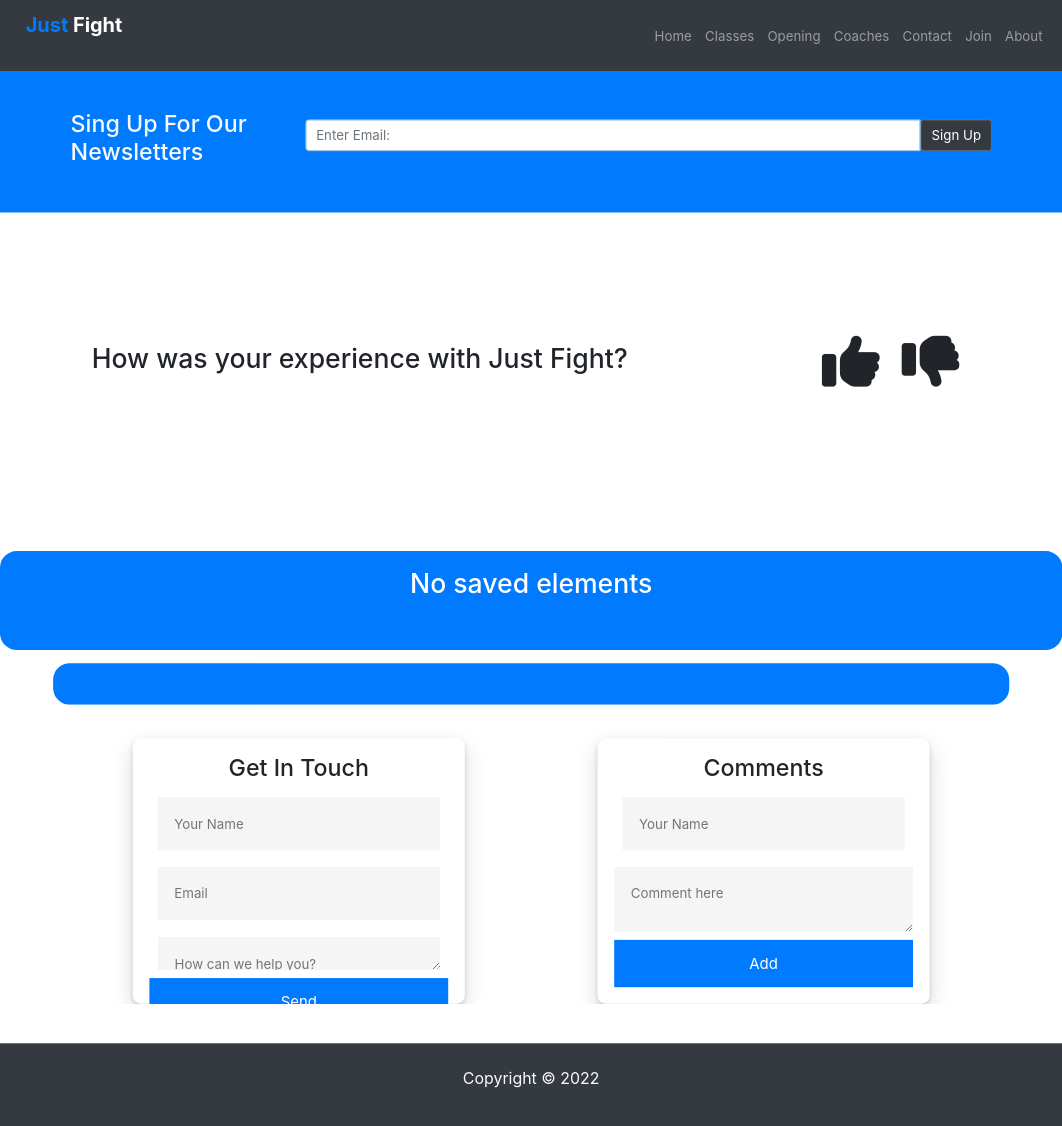
Repository: IonPara/Just-Fight
Page: review.html
An editor plug-in stored every save of this project. The page is shown before and after a run of saves, followed by the edit.
The browser window is 1280 px wide. The pictures show the whole page, at 83% of full size.
An inner scrolling area shows only its first screen. Some web libraries are served in a nearby version.

Above is the page before, as saved 2023-03-13 16:55:38.
Console error: ReferenceError: emailjs is not defined

### review.html
<!DOCTYPE html>
<html lang="en">

<head>
  <meta charset="utf-8">
  <meta name="viewport" content="width=device-width, initial-scale=1.0">
  <title>Review</title>
  <link href="./Styles/styles.css" rel="stylesheet" type="text/css">
  <link href="./Styles/review.css" rel="stylesheet" type="text/css">
  <link href="./Styles/about.css" rel="stylesheet" type="text/css">
  <!-- Bootstrap link -->
  <link rel="stylesheet" href="https://cdn.jsdelivr.net/npm/bootstrap@4.2.1/dist/css/bootstrap.min.css"
    integrity="sha384-GJzZqFGwb1QTTN6wy59ffF1BuGJpLSa9DkKMp0DgiMDm4iYMj70gZWKYbI706tWS" crossorigin="anonymous">
  <script defer src="./Js/script.js"></script>
</head>

<body>
  <header>
    <!-- ------------Nav bar ------------------------>
    <nav class="navbar navbar-expand-lg navbar-dark bg-dark fixed-top">
      <div class="container pb-4">
        <a class="navbar-brand " id="brand" href="./index.html"><span class="text-primary">Just </span> Fight</a>
        <button class="navbar-toggler" type="button" data-toggle="collapse" data-target="#navbarSupportedContent"
          aria-controls="navbarSupportedContent" aria-expanded="false" aria-label="Toggle navigation">
          <span class="navbar-toggler-icon"></span>
        </button>
      </div>
      <!-- It will expand on large screen and collapse on medium and smaller screens-->
      <div class="collapse navbar-collapse" id="navbarSupportedContent">
        <ul class="navbar-nav justify-content-end">
          <li class="nav-item">
            <a class="nav-link" href="./index.html">Home</a>
          </li>
          <li class="nav-item">
            <a class="nav-link" href="./index.html#ourClasses">Classes</a>
          </li>
          <li class="nav-item">
            <a class="nav-link" href="./index.html#openingHours">Opening</a>
          </li>
          <li class="nav-item">
            <a class="nav-link" href="./index.html#coaches">Coaches</a>
          </li>
          <li class="nav-item">
            <a class="nav-link" href="./index.html#contact">Contact</a>
          </li>
          <li class="nav-item">
            <a class="nav-link" href="./plans.html">Join</a>
          </li>
          <li class="nav-item">
            <a class="nav-link" href="./about.html">About</a>
          </li>

        </ul>
      </div>
    </nav>
  </header>

  <div class="empty-space"></div>
  <!-- Sign up for newsletters section -->
  <div class="bg-primary text-light p-5">
    <div class="container">
      <div class="d-md-flex justify-content-between align-items-center">
        <h3 class="mb3-mb-md-0">
          Sing Up For Our Newsletters
        </h3>
        <div class="input-group mb-3">
          <input type="text" class="form-control newsletter-input" placeholder="Enter Email:"
            aria-label="Recipient's username" aria-describedby="button-addon2">
          <button class="btn  btn-outline-secondary bg-dark text-white" type="button" id="button-addon2">
            Sign Up
          </button>
        </div>
      </div>
    </div>
  </div>
  <!-- Like, dislike section---------------- -->
  <section class="section1">
    <div class="experience">
      <div class="exp-head">
        <h2>How was your experience with Just Fight?</h2>
      </div>

      <div class="icons">
        <i class="fa-solid fa-thumbs-up fa-beat fa-2xl" id="thumb-up"
          onclick="changeColor(thumbUp, `Learning defense improves the attack. If the lion knows how the prey can escape, it will capture it in a much more precise way. Rillion Gracie`)">
        </i>
        <i class="fa-solid fa-thumbs-down fa-beat fa-2xl" id="thumb-down"
          onclick="changeColor(thumbDown, `Looks like you don't enjoy martial arts!`)">
        </i>
      </div>
    </div>
  </section>

  <!-- Save for later section -->
  <section class="saved-items  section2">
    <div class="section2-container bg-primary">
      <h2 class="not-saved  mt-5 mb-0">No saved elements</h2>
      <!-- First Box -->
      <h2 class="saved-items-heading  mt-5 mb-0">Save for later section</h2>
      <div class="plans ">

        <!-- First box -->
        <ul class="container">
          <li class="package bronze bg-light">
            <h3 class="remove bronze text-right">x</h3>
            <h2 class="table-header">Bronze Package</h2>
            <p class="pricing text-center">£10/Month</p>
            <ul class="table-option">
              <li>5 Sessions a Month</li>
              <li>10 Gym Sessions</li>
            </ul>
            <button type="button" class="btn m-2 bg-primary text-white">Get Started Now</button>
          </li>

          <!-- Second -->
          <li class="package gold bg-light">
            <h3 class="remove gold text-right ">x</h3>
            <h2 class="table-header">Gold Package</h2>
            <p class="pricing text-center">£19/Month</p>
            <ul class="table-option">
              <li>5 Sessions a Month</li>
              <li>Unlimited Gym Sessions</li>
            </ul>
            <button type="button" class="btn m-2 bg-primary text-white">Get Started Now</button>
          </li>

          <!-- Third Box -->
          <li class="package platinum bg-light">
            <h3 class="remove platinum text-right">x</h3>
            <h2 class="table-header">Platinum Package</h2>
            <p class="pricing text-center">£49/Month</p>
            <ul class="options">
              <li>Unlimited Sessions</li>
              <li>Unlimited Gym Sessions</li>
            </ul>
            <button type="button" class="btn m-2 bg-primary text-white">Get Started Now</button>
          </li>

        </ul>
      </div>

    </div>

    <div class="articles-container bg-primary">

    </div>
  </section>
  <!-- Comments and Get in touch section -->
  <section class="section3">
    <div class="contact-form">
      <!-- Get in touch form -->
      <form id="contact-form">
        <h3 class="text-center">Get In Touch</h3>
        <input type="hidden" name="contact_number">
        <input type="text" name="user_name" placeholder="Your Name" id="contact-name">
        <input type="email" name="user_email" placeholder="Email" id="contact-email">
        <textarea name="message" rows="4" placeholder="How can we help you?" id="message"></textarea>
        <button class="btn-primary" type="submit" value="Send">Send</button>
      </form>
      <!-- Comments form -->
      <form class="comments">
        <h3 class="text-center">Comments</h3>
        <input type="text" name="name" placeholder="Your Name" id="name">
        <textarea id="comment" class='comment ml-0' name="message" rows="4" placeholder="Comment here"></textarea>
        <button type="button" class="btn-primary" onclick="addComment(textValue, nValue), addToTheArray()">Add</button>
      </form>
    </div>
    <!-- Here will be added the comments -->
    <div class="comment-container">

    </div>
  </section>

  <!-- Footer -->
  <footer class="bg-dark text-center text-light mt-5">
    <p>Copyright &copy; 2022</p>
  </footer>
  <!-- Here are the scripts for the contact form -->
  <!-- These scripts are from the https://www.emailjs.com/docs/tutorial/adding-email-service/  -->
  <script type="text/javascript" src="https://cdn.jsdelivr.net/npm/@emailjs/browser@3/dist/email.min.js"></script>
  <script type="text/javascript">
    (function () {
      // https://dashboard.emailjs.com/admin/account
      emailjs.init('WkZreCmCmN4lp-y7L');
    })();
  </script>
  <!-- Script for the icons -->
  <script src="https://kit.fontawesome.com/c8658b1f7b.js" crossorigin="anonymous"></script>
  <script src="https://code.jquery.com/jquery-3.3.1.slim.min.js"
    integrity="sha384-q8i/X+965DzO0rT7abK41JStQIAqVgRVzpbzo5smXKp4YfRvH+8abtTE1Pi6jizo"
    crossorigin="anonymous"></script>
  <script src="https://cdn.jsdelivr.net/npm/popper.js@1.14.6/dist/umd/popper.min.js"
    integrity="sha384-wHAiFfRlMFy6i5SRaxvfOCifBUQy1xHdJ/yoi7FRNXMRBu5WHdZYu1hA6ZOblgut"
    crossorigin="anonymous"></script>
  <script src="https://cdn.jsdelivr.net/npm/bootstrap@4.2.1/dist/js/bootstrap.min.js"
    integrity="sha384-B0UglyR+jN6CkvvICOB2joaf5I4l3gm9GU6Hc1og6Ls7i6U/mkkaduKaBhlAXv9k"
    crossorigin="anonymous"></script>

</body>

</html>

### Styles/styles.css
body {
    padding: 0;
    margin: none;
}

/*---------------- Top section------------- */
.top-section {
    background-color: black;

}


#brand {
    font-size: 1.5rem;
    font-weight: bolder;
}


#join a:hover, a:visited, a:link {
    text-decoration: wavy;
}

#join:hover {
    background-color: rgb(8, 157, 135);
}

/* Radio button */
.radio-btn {
    width: 100%;
    flex-direction: column;
    display: flex;
    align-items: center;
}

/* ---------------------------Coach------------ */
.container figcaption {
    font-weight: 600;
}

/*------------ Contact Info -----------*/
.location h2 {
    margin-top: 2%;
}

.location .container {
    display: flex;
    justify-content: space-between;
    align-items:center;
    flex-wrap: wrap;
    margin-top: 3%;
}

.list {
    list-style: none;
    font-size: larger;
    font-weight: 400;
    line-height: 2em;
}

.list li {
    border-bottom:1px solid grey;
}

ul a:hover, a:visited, a:link{
    color:black;
    text-decoration: wavy;
}

ul a:hover {
    color:blueviolet;
}

/*  The Map */
.map {
    border-radius: 25%;
}

/* -----------------Cards--------------- */
.card:hover {
    -webkit-transform: scale(0.5);
     transform: scale(1.05);
}

.card {
    box-shadow: 0 10px 25px 0 rgba(0, 0, 0, 0.15), 0 3px 7px 0 rgb(0 0 0 / 15%);
}

.table-container, .classes-container, section {
    overflow-x: hidden;
    min-width: 100%;
}

.image-container, .card-container {
    max-width: 400px !important;
    min-width: 250px;
    margin-left: auto;
    margin-right: auto;
}

.image-container, img{
    object-fit: contain;
}


.contact-element {
    margin-right: auto;
    margin-left: auto;
}

/* -----------------Footer--------------- */
footer p{
    padding: 5vh 0;
    margin-bottom: 0;
    font-size: larger;
    height: 100px;
}


/* ---------------Media screen----------------- */
@media screen and (max-width:1200px) {
    .boxes h3 {
        font-size: 1.2em;
        white-space:pre-wrap;
    }

}

@media screen and (max-width:1000px) {
    .top-section {
        margin-top: 8%;
    }
}


@media screen and (max-width:768px) {

    .newsletter-input {
        width: 50%;
    }

    #table {
        font-size: 0.9rem;
    }

    .map {
        width: 400px;
    }

    .location .container {
        justify-content: center;
    }
}

@media screen and (max-width:600px) {
    .top-section {
        margin-top: 10%;
        min-width: 100%;
    }

    .fight-club {
        min-width: 100% !important;
        margin-top: 5%;
        margin-left: auto;
    }

    .heading-container {
        min-width: 100% !important;
    }

    #join {
        margin-bottom: 5px;
    }
    .table-container {
    }

    .table-container {
        min-width: 100dvw;
        margin-right: 100px !important;
        margin-left: -50px;
    }

    th {
        max-width: 50px;
        padding-right: 2px;;
    }

    td {
        max-width: 55px;

    }

}

### Styles/review.css
*{
    margin: 0;
}

.empty-space {
    height: 85px;
}

/* ------------------Comments and Contact section*/

.contact-form {
    max-width: 100%;
    max-height: 50vh;
    display: flex;
    justify-content: space-evenly;
}

#contact-form, .comments {
    box-shadow: 0 10px 25px 0 rgb(0 0 0 / 15%), 0 3px 7px 0 rgb(0 0 0 / 15%);
    display: flex;
    flex-direction: column;
    padding-top: 20%;
    padding: 20px;
    width: 100%;
    max-width: 400px;
    border-radius: 10px;
    background-color: white;
    margin-top: 40px;
}

.comments textarea {
    width: 100%;
}

.comment-container {
    display: flex;
    display: none;
    min-height: 200px;
    min-width: 400px;
    max-width: 600px;
    padding: 20px;
    margin: auto;
    margin-top: 100px;
    background: #f9f6f6;
}

.comment-container div {
    box-shadow: 0 10px 25px 0 rgb(0 0 0 / 15%), 0 3px 7px 0 rgb(0 0 0 / 15%);
    padding: 20px;
}

.comment-container h6 {
    text-align: right;
}


form input, form textarea {
    border: 0;
    margin: 10px;
    padding: 20px;
    outline: none;
    background: #f5f5f5;
    font-size: 16px;
}

form button {
    border:0;
    padding: 15px;
    color:fff;
    font-size: 18px;
    outline: none;
    cursor: pointer;
}

.section3 {
    display: flex;
    flex-direction: column;
}

/* ----------------------------Like dislike section----------------- */

.experience {
    display: flex;
    justify-content: space-around;
    align-items: center;
    min-height: 50vh;
}
.icons {
    width: 15vw;
    display: flex;
    justify-content: space-around;
}

.icons i {
    font-size: 70px;
    cursor: pointer;
}

.experience p {
    max-width: 30vw;
    font-style: italic;
    font-size: larger;
    font-weight: 600;
}


/* -----------------Save for later section--------------- */
.saved-items .not-saved, .saved-items-heading {
    color:white;
    text-align: center;
    padding: 20px;
}

.saved-items-heading {
    display: none;
}

.package {
    box-shadow: 0 10px 25px 0 rgb(0 0 0 / 15%), 0 3px 7px 0 rgb(0 0 0 / 15%);
    width: 280px;
    height: 300px;
    display: flex;
    flex-direction: column;
    justify-content: space-around;
    border-radius: 10px;
    padding: 5px;
  }


  .plans .container {
    display: flex;
    justify-content: space-around;
    padding: 20px;
  }

  .section2-container {
    border-radius: 20px;
  }
  .remove:hover {
    cursor: pointer;
  }

/* -----------------------Articles items from save for later section */
  .articles-container {
    padding-bottom: 50px;
    display: flex;
    flex-wrap: wrap;
    margin-top: 5px;
    border-radius: 20px;
  }

  .item {
    border-radius: 10px;
    background-color: whitesmoke;
    margin: 20px auto 0 auto;
    max-width: 300px;
    min-width: 300px;
    min-height: 300px;
  }

  .section2, .articles-container {
    max-width: 90vw;
    margin: auto;
  }

  footer {
    margin-top: 300px;
    width: 100%;
    color: white;
    text-align: center;
    clear: both;
  }
/* ------------------Media queries for screens smaller than 1000px------------------- */
  @media screen and (max-width:1000px) {
    .experience p {
        max-width: 60vw;
    }
}

/* ------------------Media queries for screens smaller than 800px------------------- */
@media screen and (max-width:800px) {
    .experience p {
        max-width: 90%;
    }

    .articles-container {
        flex-wrap: wrap;
    }

    .comments, #contact-form {
        width: 300px
    }

    .plans .container {
        flex-wrap: wrap;
    }

    .experience {

        flex-wrap: wrap;
    }

    .exp-head {
        margin-left: 20px;
    }

    .package {
        margin-top: 10px;
    }

}

/* ------------------Media queries for screens smaller than 400px------------------- */
@media screen and (max-width:600px) {
    .contact-form {
      display: flex;
      flex-wrap: wrap;
    }

    .comment-container {
        margin-top: 550px;
    }
    .experience h2 {
        font-size: 1.8rem;
      }

      .experience p {
        max-width: 95%;
    }

  }

### Styles/about.css
#brand {
    font-size: 1.5rem;
    font-weight: bolder;
  }

  /* Sign Up for Newsletters section */
.sign-up {
    padding:30px;
    margin-top: 80px;
}

/* Martial arts boxes */
.martial-arts {
    margin-top: 50px;
    width: 100%;
    display: flex;
    justify-content: space-around;
}

 .item {
    padding: 20px;
    width: 30%;
    box-shadow: 0 10px 25px 0 rgb(0 0 0 / 15%), 0 3px 7px 0 rgb(0 0 0 / 15%);
}

.martial-arts .item:hover, .description:hover {
    -webkit-transform: scale(0.5);
        transform: scale(1.05);
}


/* Just Fight Description */
.description {
    padding: 20px;
    box-shadow: 0 10px 25px 0 rgb(0 0 0 / 15%), 0 3px 7px 0 rgb(0 0 0 / 15%);
}



/* Footer Section */
footer p{
    padding: 4vh 0;
    margin-bottom: 0;
    font-size: larger;
    height: 100px;
}
/* ---------Media Screen */

@media screen and (max-width:1000px) {
    .martial-arts {
        display: block;
    }

    .martial-arts .item {
        width: 100%;
    }
  }

Loaded but not shown: Js/script.js (350 lines, source omitted)

After the next 2 saves:
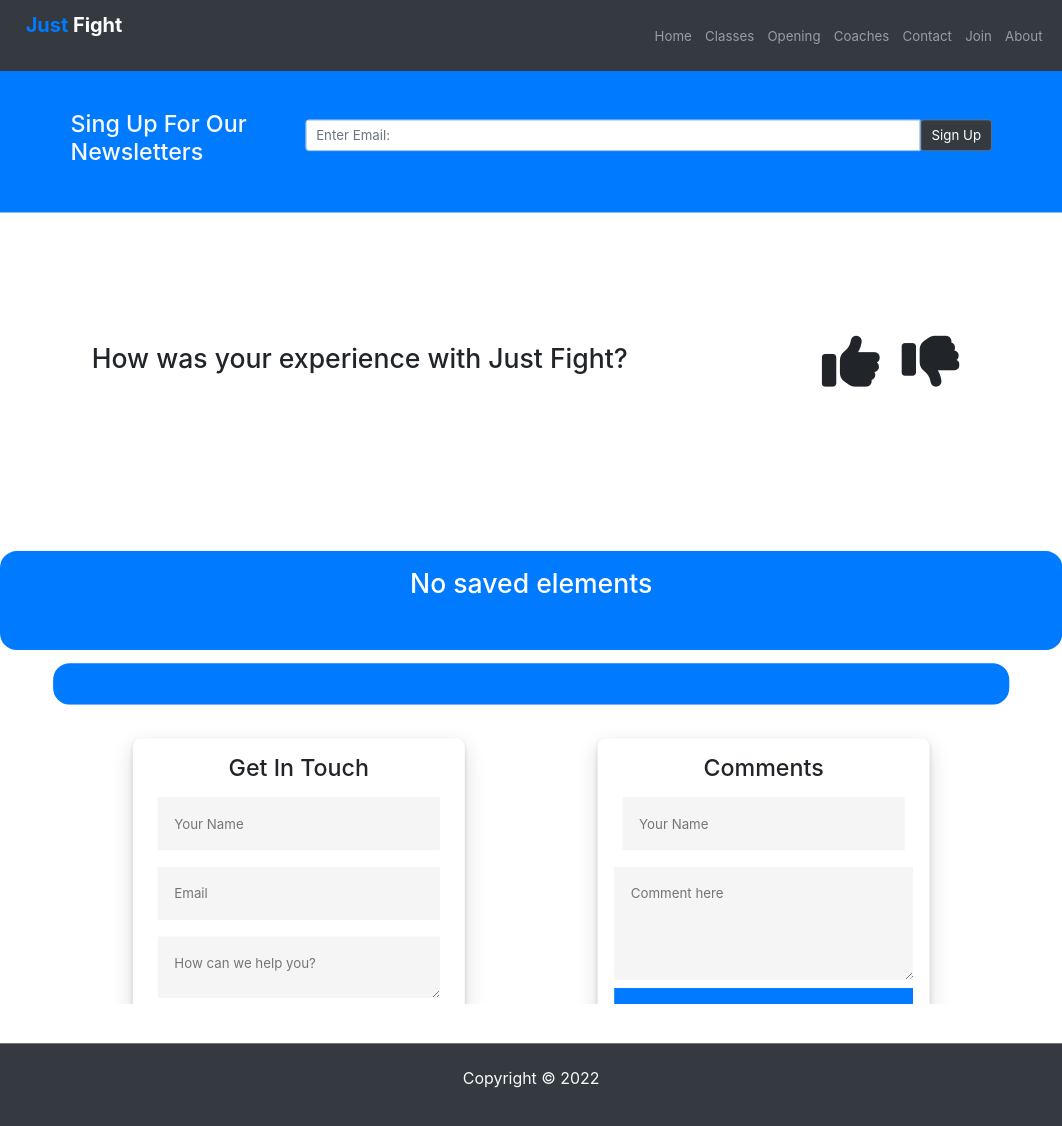
The 2 saves are shown as one change because they came seconds apart.
The last was saved 51 s later.
--- a/Styles/review.css
+++ b/Styles/review.css
@@ -23,6 +23,7 @@
     padding: 20px;
     width: 100%;
     max-width: 400px;
+    min-height: 400px;
     border-radius: 10px;
     background-color: white;
     margin-top: 40px;
